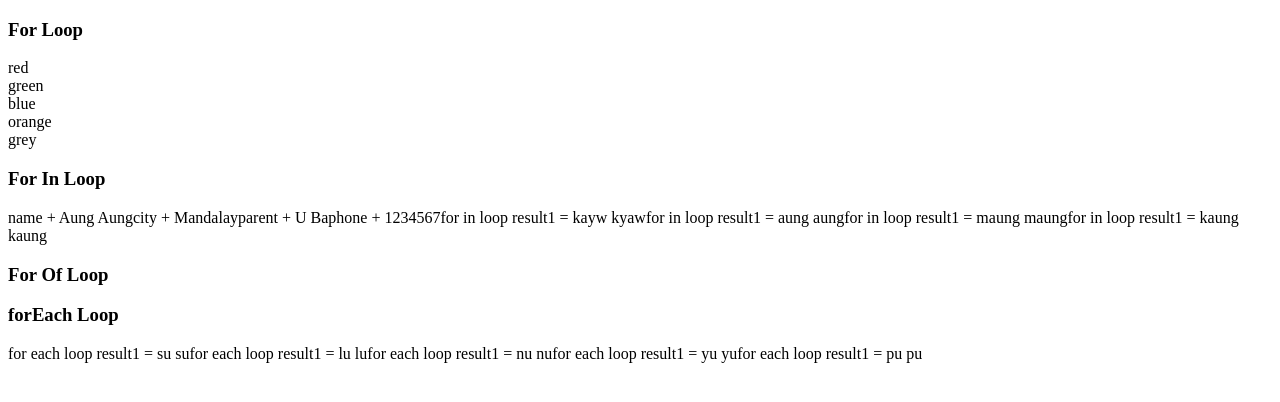
Repository: hsumyatm7308/es6batch1
Page: l3iteration.html
An editor plug-in stored every save of this project. The page is shown before and after the next save, followed by the edit.
The browser window is 1280 px wide. The pictures show the whole page.

Above is the page before, as saved 2023-12-06 07:17:52.
Console error (its wording comes from the project's code and is left out).

After the next save:
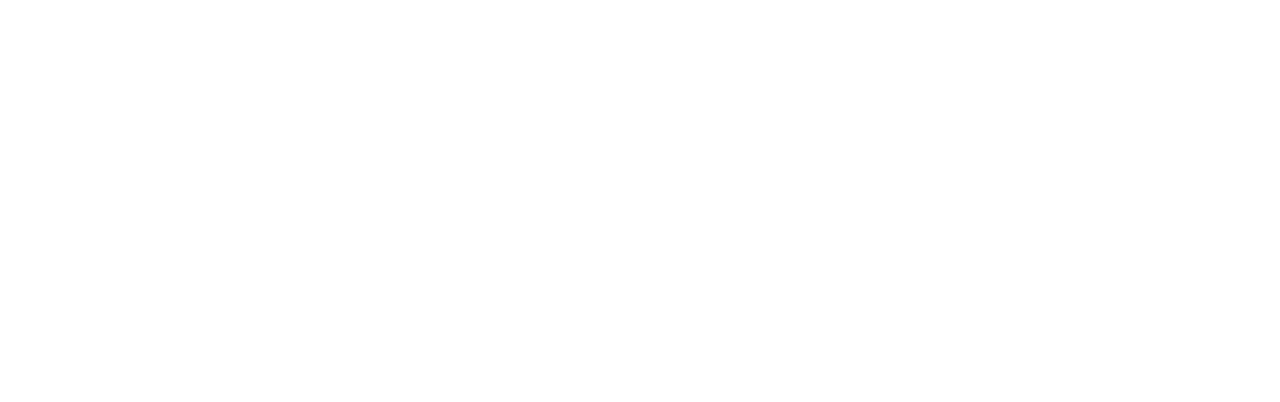
Console error: SyntaxError: Identifier 'students' has already been declared
Saved 11 s later.
--- a/l3iteration.html
+++ b/l3iteration.html
@@ -89,6 +89,8 @@
 
         document.write("<h3> Map Loop </h3>")
 
+        const students = ["su su","lu lu","nu nu","yu yu","pu pu"]
+
 
 
     </script>

After the save that followed:
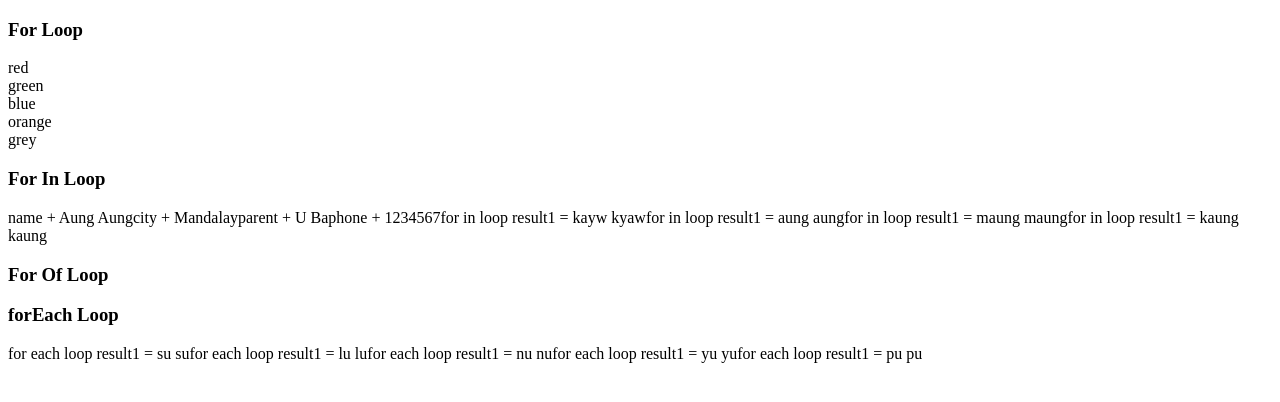
Console error (its wording comes from the project's code and is left out).
Saved 12 s later.
--- a/l3iteration.html
+++ b/l3iteration.html
@@ -89,7 +89,10 @@
 
         document.write("<h3> Map Loop </h3>")
 
-        const students = ["su su","lu lu","nu nu","yu yu","pu pu"]
+        const employees = ["su su","lu lu","nu nu","yu yu","pu pu"]
+
+
+        employees.map();
 
 
 
